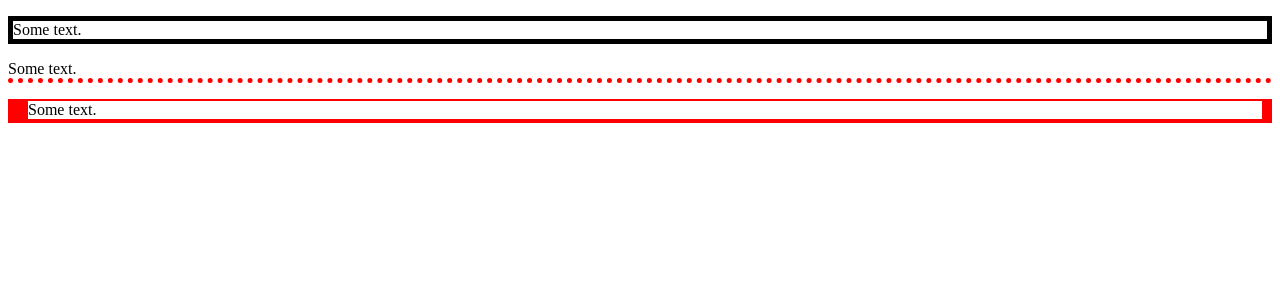
Repository: SanghunOh/learn_publising
Page: HtmlCss/WebContent/CascadingSS/css_border.html
These files come from the project's save history. The page is drawn as it stood at one moment and after the next save; the edit follows.
The browser window is 1280 px wide. The pictures show the whole page.

Above is the page before, as saved 2018-05-06 03:03:20.

After the next save:
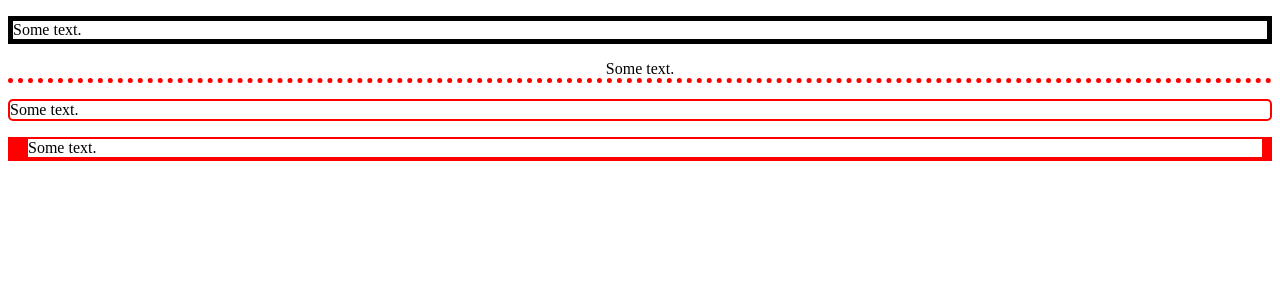
Saved 6 min 30 s later.
--- a/HtmlCss/WebContent/CascadingSS/css_border.html
+++ b/HtmlCss/WebContent/CascadingSS/css_border.html
@@ -2,32 +2,31 @@
 <html>
 <head>
 <style>
-p.one {
-	border-style: solid;
-	border-width: 5px;
+.one {
+    border-style: solid;
+    border-width: 5px;
 }
-
-p.four {
-	border-bottom: 6px dotted red;
-	border-width: thick;
+.four {
+    border-bottom: 6px dotted red;
+    border-width: thick;
+    text-align: center;
 }
-
-p.five {
-	border: 2px double red;
+.five {
+    border: 2px double red;
 	border-radius: 5px;
 }
-
-p.seven {
-	border: 5px solid red;
-	border-width: 2px 10px 4px 20px;
+.seven {
+    border: 5px solid red;
+    border-width: 2px 10px 4px 20px;
 }
 </style>
 </head>
 <body>
 
-	<p class="one">Some text.</p>
-	<p class="four">Some text.</p>
-	<p class="seven">Some text.</p>
+<p class="one">Some text.</p>
+<p class="four">Some text.</p>
+<p class="five">Some text.</p>
+<p class="seven">Some text.</p>
 
 
 </body>
